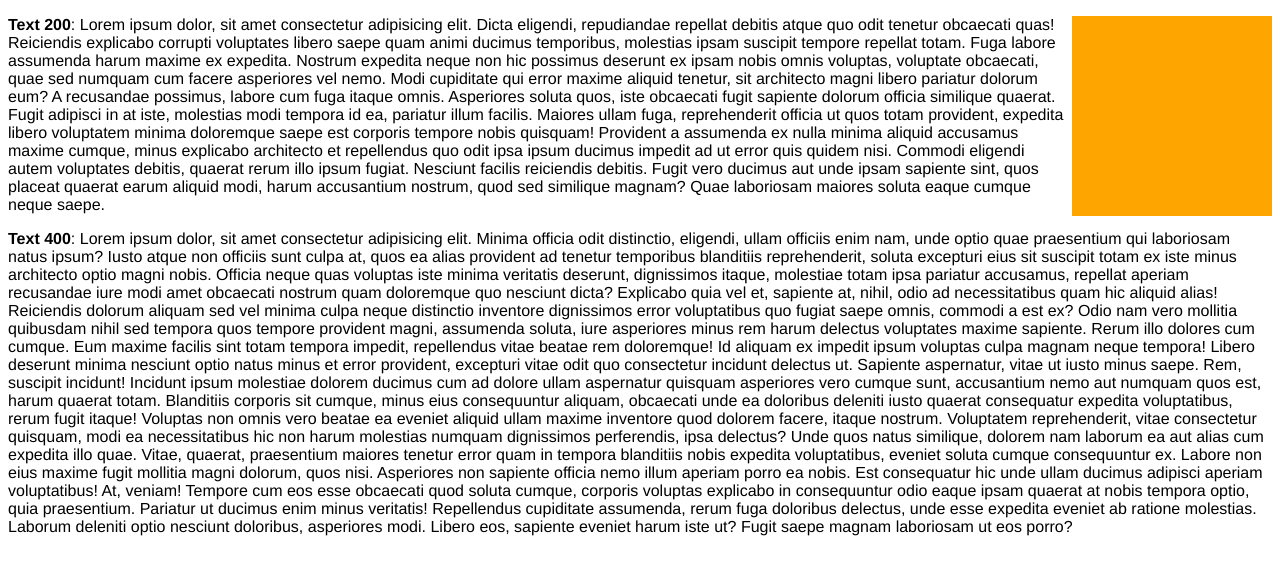
Repository: j4tdn/java18-repository
Page: 2. CSS3/ex04-css-float.html
These files come from the project's save history. The page is drawn as it stood at one moment and after the next save; the edit follows.
The browser window is 1280 px wide. The pictures show the whole page.

Above is the page before, as saved 2023-10-21 18:52:12.

After the next save:
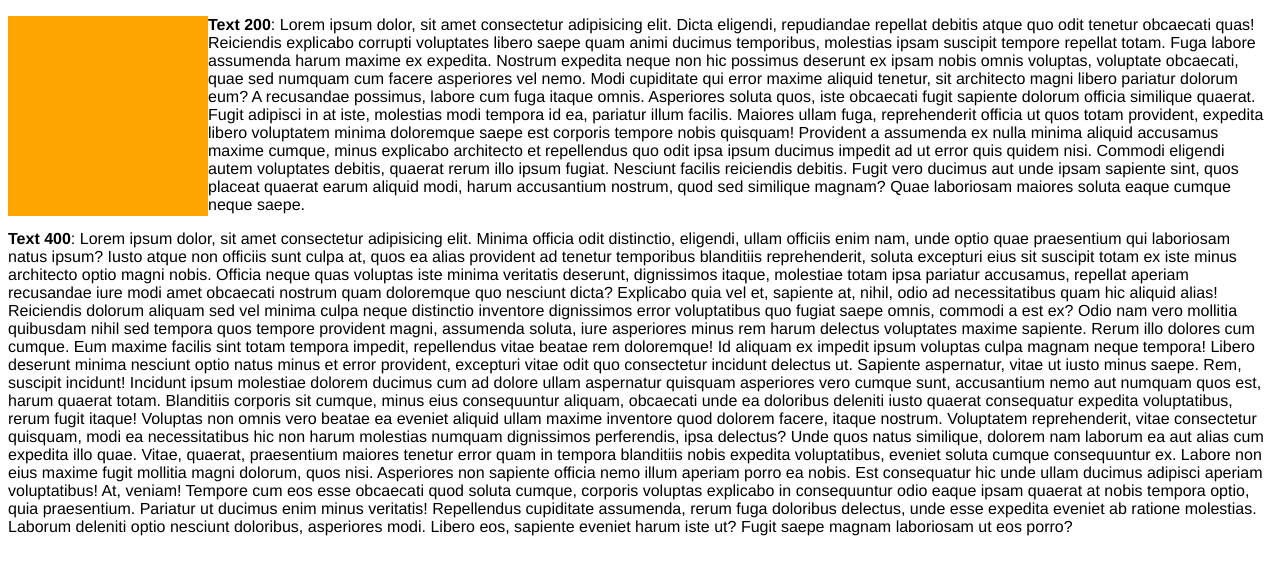
Saved 2 min 54 s later.
--- a/2. CSS3/ex04-css-float.html
+++ b/2. CSS3/ex04-css-float.html
@@ -8,7 +8,7 @@
     <link rel="stylesheet" href="css/utils.css" />
   </head>
   <body>
-    <div class="block-md200 bg-orange" style="float: right"></div>
+    <div class="block-md200 bg-orange" style="float: left"></div>
     <p>
       <span class="text-bold">Text 200</span>: Lorem ipsum dolor, sit amet
       consectetur adipisicing elit. Dicta eligendi, repudiandae repellat debitis
